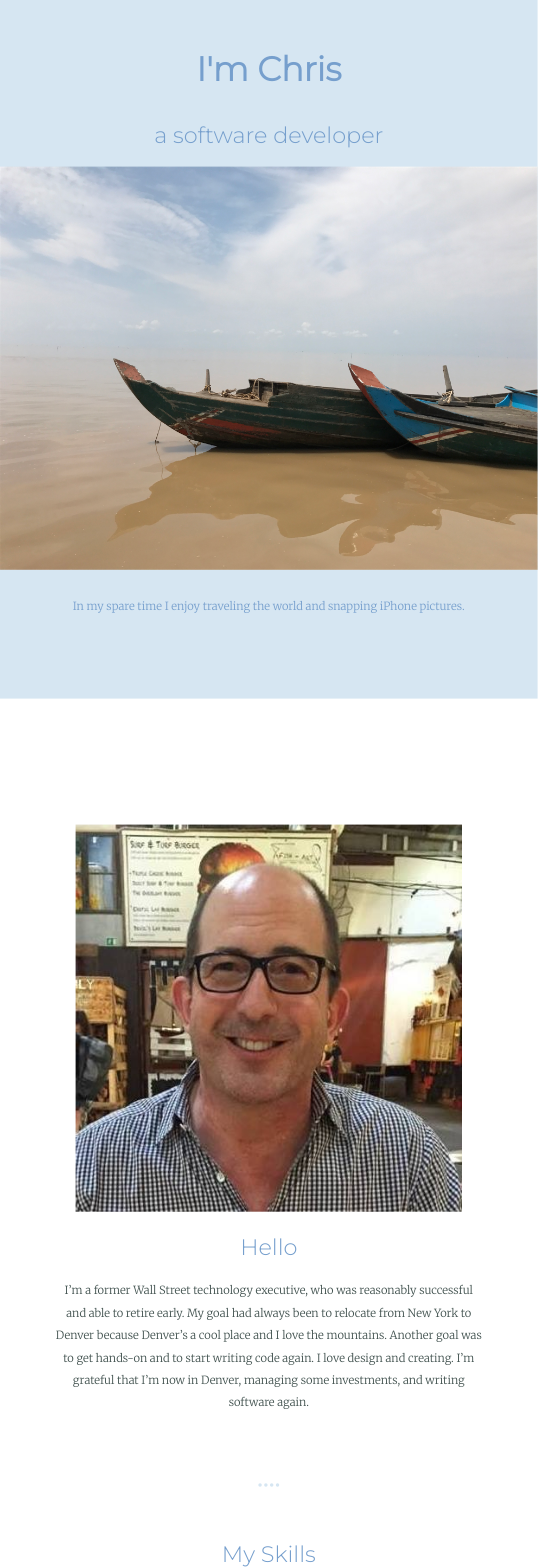
Repository: EpiTao-LLC/Personal_web_page
Page: index.html
An editor plug-in stored every save of this project. The page is shown before and after the next save, followed by the edit.
The browser window is 768 px wide. The pictures show the part of the page from y = 0 to 2240 px (the page is 4616 px tall before and 4501 px after), at 70% of full size.

Above is the page before, as saved 2020-10-11 20:29:01.

### index.html
<!DOCTYPE html>
<html lang="en">
<head>
    <!-- Global site tag (gtag.js) - Google Analytics -->
      <script async src="https://www.googletagmanager.com/gtag/js?id=UA-167786271-2"></script>
      <script>
        window.dataLayer = window.dataLayer || [];
        function gtag(){dataLayer.push(arguments);}
        gtag('js', new Date());
        gtag('config', 'UA-167786271-2');
      </script>
    <!-- Google Tag Manager -->
        <script>(function(w,d,s,l,i){w[l]=w[l]||[];w[l].push({'gtm.start':
        new Date().getTime(),event:'gtm.js'});var f=d.getElementsByTagName(s)[0],
        j=d.createElement(s),dl=l!='dataLayer'?'&l='+l:'';j.async=true;j.src=
        'https://www.googletagmanager.com/gtm.js?id='+i+dl;f.parentNode.insertBefore(j,f);
        })(window,document,'script','dataLayer','GTM-PZ9SPFX');</script>
  <!-- End Google Tag Manager -->
    <meta charset="UTF-8">
    <meta name="viewport" content="width=device-width, initial-scale=1.0">
    <title>Chris - Software Developer</title>
    <meta name="description" content="Website design and software development in React, Javascript, Python, Node JS, Express, EJS, MongoDB, SQL Server.  AWS and other cloud based solutions.  Portfolio, links and contact information.">
    <meta name="keywords" content="Website design, coding, software development, software engineering, React, Javascript, Node, Express, HTML, CSS, EJS, python, MongoDB, SQL Server, C programming, cloud, data analysis">


    <link rel="stylesheet" href="css/styles.css">
    <link href="https://fonts.googleapis.com/css2?family=Merriweather:wght@300&family=Montserrat:wght@300&family=Sacramento&display=swap" rel="stylesheet">
    <link rel="apple-touch-icon" sizes="180x180" href="favicon_package_v0.16/apple-touch-icon.png">
    <link rel="icon" type="image/png" sizes="32x32" href="favicon_package_v0.16/favicon-32x32.png">
    <link rel="icon" type="image/png" sizes="16x16" href="favicon_package_v0.16/favicon-16x16.png">
    <link rel="manifest" href="favicon_package_v0.16/site.webmanifest">
    <link rel="mask-icon" href="favicon_package_v0.16/safari-pinned-tab.svg" color="#5bbad5">
    <meta name="msapplication-TileColor" content="#da532c">
    <meta name="theme-color" content="#ffffff">
</head>
<body>
    <!-- Google Tag Manager (noscript) -->
      <noscript><iframe src="https://www.googletagmanager.com/ns.html?id=GTM-PZ9SPFX"
      height="0" width="0" style="display:none;visibility:hidden"></iframe></noscript>
    <!-- End Google Tag Manager (noscript) -->

    <div class = "top-container">
        <h1>I'm Chris</h1>
        <h2>a software developer</h2>
        <img class="cover-img" src="images/Boats in Cambodia.jpeg" alt="Boats in Cambodia image">
        <p>In my spare time I enjoy traveling the world and snapping iPhone pictures.</p>
      </div>
    <div class="middle-container">
        <div class="profile">
          <br>
          <img class="my-img" src="images/Holiday_Denmark.jpeg"  alt="Chris Pic">
          <h2>Hello</h2>
          <p>
            I’m a former Wall Street technology executive, who was reasonably successful and able to retire early.  My
            goal had always been to relocate from New York to Denver because Denver’s a cool place and I love the mountains.
            Another goal was to get hands-on and to start writing code again. I love design and creating.   I’m grateful
            that I’m now in Denver, managing some investments, and writing software again.
            </p>
        </div>
        <hr>
        <div class="skills">
          <h2>My Skills</h2>
          <div class="skill-row">
            <img class="skills-img-1" src="images/Ecuador.JPEG" alt="Equador picture">
            <div >
            <h3 class="for-mobile">Design and Development</h3>
            <p> I started as a C developer in the database industry and understand what good design and code is all about.  On Wall Street I led development
              of mission critical financial systems for Goldman Sachs and other banks.  I’m now working with Javascript, React, Node, Express,
              Mongoose, and Bootstrap.  Full stack. I’ve also done a lot with Python.  Back in the day, I was a top relational
              database designer and an SQL wizard.
            </p>
             </div>
          </div>
          <div class="skill-row">
            <img class="skills-img-2" src="images/Ranch in Patagonia.JPEG" alt="Ranch in Patagonia">
            <h3 class="for-mobile">I Like People</h3>
            <p>Even more than I’m into writing code and learning new technologies, I really love working with people
              --clients and fellow developers.  Thoughout my career, I’ve sought consensus and understanding new perspectives.   In
              my mind, there is always something to learn from others.  As either a leader or a follower, it always feels
              good to be a member of a team.
            </p>
          </div>
        </div>
        <hr>
        <div class="contact-me">
          <h2>Get In Touch</h2>
          <h3>if you need some software development work (like a new website for your business),
             to partner on a project, or just to share some travel photos and stories.</h3>
          <p class="contact-message">I’m new to Denver, still establishing myself both socially and professionally.
            It would be great to connect.</p>
          <a class="btn" href="mailto:chris@epitao.com">CONTACT ME</a>
        </div>
      </div>
      <div class="bottom-container">
        <a class="footer-link" href="https://www.linkedin.com/in/christopheralarson//">LinkedIn</a>
        <a class="footer-link" href="https://www.facebook.com/chris.larson">Facebook</a>
        <a class="footer-link" href="/pages/portfolio.html">Portfolio</a>
        <a class="footer-link" href="https://github.com/clarson10024//">GitHub</a>
        <p class="copyright"> copyright © 2020 EpiTao LLC <br><br>
        <img class="logo-img" src="images/EpiTao_logo.jpg" alt="EpiTao logo">
        </p>
      </div>
</body>
</html>

### css/styles.css
body {
    margin: 0;
    margin: auto;
    text-align: center;
    font-family: 'Merriweather', serif;
    font-weight: normal;
    color:  #40514E;
}
h1 {
    margin: 0px auto 0 auto;
    font-family: 'Montserrat', sans-serif;
    font-size: 5rem;
    line-height: 2.0;
    color: #769FCD;
}
h2 {
    font-family: 'Montserrat', sans-serif;
    font-size: 2.5rem;
    font-weight: normal;
    color: #769FCD
}
h3 {
    font-family: 'Montserrat', sans-serif;
    font-weight: 900;
    color: #769FCD
}
p {
    line-height: 2;
}
hr {
    border-color:  #d6e6f2;
    border-width: 5px;
    border-style: dotted none none;
    height: 0px;
    width: 4%;
    margin: 100 auto 100 auto;
}
.top-container {
    background-color: #d6e6f2;
    color: #769FCD;
    position: relative;
    padding-top: 50px;
    padding-bottom: 100px;
}
.middle-container {
    max-width: 2000px;
    padding-top: 10px;
    padding-bottom: 5px;
    margin: 50px auto 100px auto;

}
.bottom-container {
    margin-top: 100px;
    padding: 30px 0 50px;
    font-size: 10px;
    background-color: #769FCD;
    color: #f7fbfc  ;
}
.profile{
    width: 50%;
    margin: 50px auto 100px auto;
    text-align: center;
}
.skills {
    margin-top: 50px;
}
.skill-row {
    width: 50%;
    margin: 50px auto 100px auto;
    text-align: left;
}
.contact-me {
    margin-top: 50px;
    margin-left: 50px;
    margin-right: 50px;

}
.contact-message {
    width: 60%;
    margin: 40px auto 60px;
}
.footer-link {
    font-size: 20px
}
.copyright {
    color: #b9d7ea;
    font-size: 0.5rem;
    padding: 20px 0;
}

.btn {
    background: #769FCD;
    background-image: -webkit-linear-gradient(top, #769FCD, #7A95C3);
    background-image: -moz-linear-gradient(top, #769FCD, #7A95C3);
    background-image: -ms-linear-gradient(top, #769FCD, #7A95C3);
    background-image: -o-linear-gradient(top, #769FCD, #7A95C3);
    background-image: linear-gradient(to bottom, #769FCD, #7A95C3);
    -webkit-border-radius: 8px;
    -moz-border-radius: 8px;
    border-radius: 8px;
    color: #FFFFFF;
    font-family: 'Montserrat', sans-serif;
    font-size: 14px;
    font-weight: 100;
    padding: 8px;
    border: solid #337FED 1px;
    text-decoration: none;
    display: inline-block;
    cursor: pointer;
    text-align: center;
}

.btn:hover {
    border: solid #337FED 1px;
    background: #7A95C3;
    background-image: -webkit-linear-gradient(top, #7A95C3, #769FCD);
    background-image: -moz-linear-gradient(top, #7A95C3, #769FCD);
    background-image: -ms-linear-gradient(top, #7A95C3, #769FCD);
    background-image: -o-linear-gradient(top, #7A95C3, #769FCD);
    background-image: linear-gradient(to bottom, #7A95C3, #769FCD);
    -webkit-border-radius: 7px;
    -moz-border-radius: 7px;
    border-radius: 7px;
    text-decoration: none;
}

a:link {
    font-family: 'Montserrat', sans-serif;
    text-decoration: none;
    color: #b9d7ea;
    margin: 10px 20px;

}
a:visited {
    color: #b9d7ea
}
a:hover{
    color: #f7fbfc
}
.cover-img {
    width: 70%;
    height: 70%;
    margin-bottom: 20px;
}
.profile{
    width: 50%;
    margin: 50px auto 100px auto;
    text-align: center;
}
.my-img {
    width: 45%;
    height: 45%;
    float: fit-content;
}

.skills-img-1 {
    width: 45%;
    height: 45%;
    float: left;
    margin-right: 30px;
}
.skills-img-2 {
    width: 45%;
    height: 45%;
    float: right;
    margin-left: 30px;
}
/* .input-button:focus {
    outline: 0;
} */
/* *:focus {
    outline: 0 !important;
} */
.input-button {
    display: block;
    border: none;
    background-color: transparent;
    outline: none;
    margin: 0;
    border: none;
    color: none;
    height: 0%;
    width: 0%;
}
.button-img-1:hover {
    transform: scale(1.10);
}
.button-img-1 {
    width: 70%;
    height: 70%;
    float: left;
    margin-right: -30%;
    outline: 0;
}
.button-img-2:hover {
    transform: scale(1.10);
}
.button-img-2 {
    width: 70%;
    height: 70%;
    float: right;
    margin-left: -30%;
    outline: none;
}
.logo-img {
    width: 2.0%;
    height: 2.0%;
}

  /* Mobile Styling */

  @media (max-width: 780px) {
    h1 {
        margin: 0px auto 0 auto;
        font-family: 'Montserrat', sans-serif;
        font-size: 3rem;
        line-height: 2.0;
        color: #769FCD;
    }
    h2 {
        font-family: 'Montserrat', sans-serif;
        font-size: 2.0rem;
        font-weight: normal;
        color: #769FCD
    }
    h3 {
        font-size: 1.25rem;
        margin-left: 20px;
        margin-right: 20px;
    }
    .profile{
        width: 80%;
        margin: 50px auto 100px auto;
        text-align: center;
    }

    .middle-container {
        text-align: center;
        position: relative;
        margin-top: 100px;

    }
    .skills {
        align-content: center;
    }
    .skill-row {
        display: block;
        width: 80%;
        margin: 50px auto 50px auto;
        text-align: center;
    }
    .for-mobile {
        display: inline-flex;
        content: '\a\a';
        white-space: pre;
    }
    .my-img {
        width: 90%;
        height: 90%
    }
    .skills-img-1, .skills-img-2, .cover-img{

        width: 100%;
        height: 100%;
        padding: 0;
        float: fit-content;
        margin-left: 0px;
        margin-right: 0px;
        margin-bottom: 1rem;
    }
    .skills-img-1:after, .skills-img-2:after{
        display: inline-flex;
        content: '\a\a';
        white-space: pre;
    }
    .button-img-1, .button-img-2, .cover-img{
        width: 100%;
        height: 100%;
        padding: 0;
        float: fit-content;
        margin-left: 0px;
        margin-right: 0px;
        margin-bottom: 1rem;
    }
    .skills-img-1:after, .skills-img-2:after{
        display: inline-flex;
        content: '\a\a';
        white-space: pre;
    }
    .contact-me {
        margin-top: 50px;
        margin-left: 15px;
        margin-right: 15px
    }
    .contact-message {
        width: 80%;
        margin: 40px auto 60px;
    }
    .bottom-container {
        text-align: center;
    }
    .logo-img {
        width: 5%;
        height: 5%;
    }
}
@media (hover: hover) {
    button:hover {
        outline:0;
    }
}

After the next save:
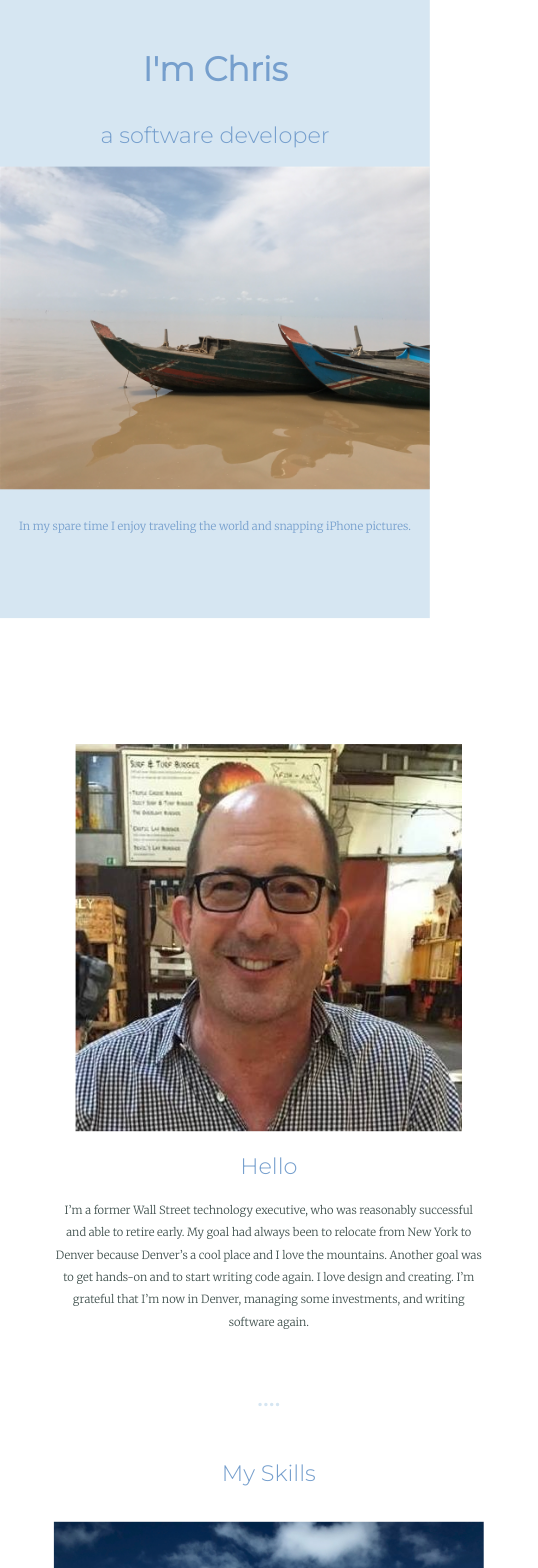
Saved 112 s later.
--- a/css/styles.css
+++ b/css/styles.css
@@ -233,6 +233,9 @@
         margin: 50px auto 100px auto;
         text-align: center;
     }
+    .top-container {
+        max-width: 80%;
+    }
 
     .middle-container {
         text-align: center;

After the save that followed:
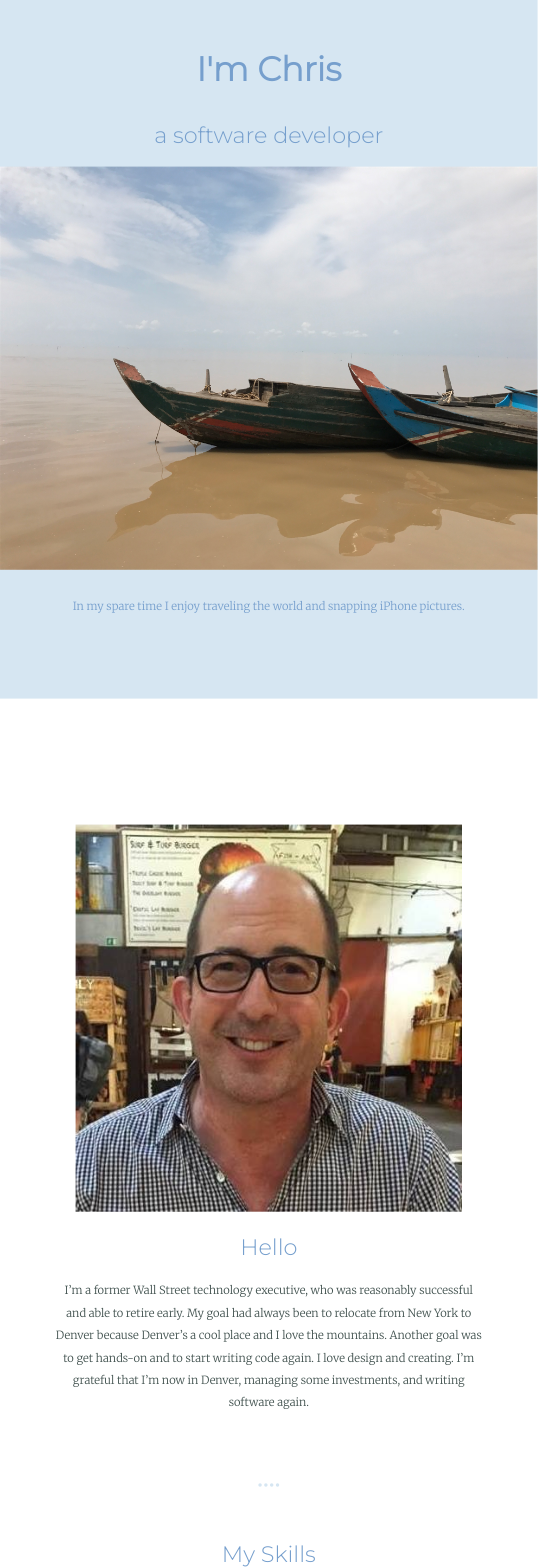
Saved 16 s later.
--- a/css/styles.css
+++ b/css/styles.css
@@ -233,9 +233,9 @@
         margin: 50px auto 100px auto;
         text-align: center;
     }
-    .top-container {
+    /* .top-container {
         max-width: 80%;
-    }
+    } */
 
     .middle-container {
         text-align: center;
